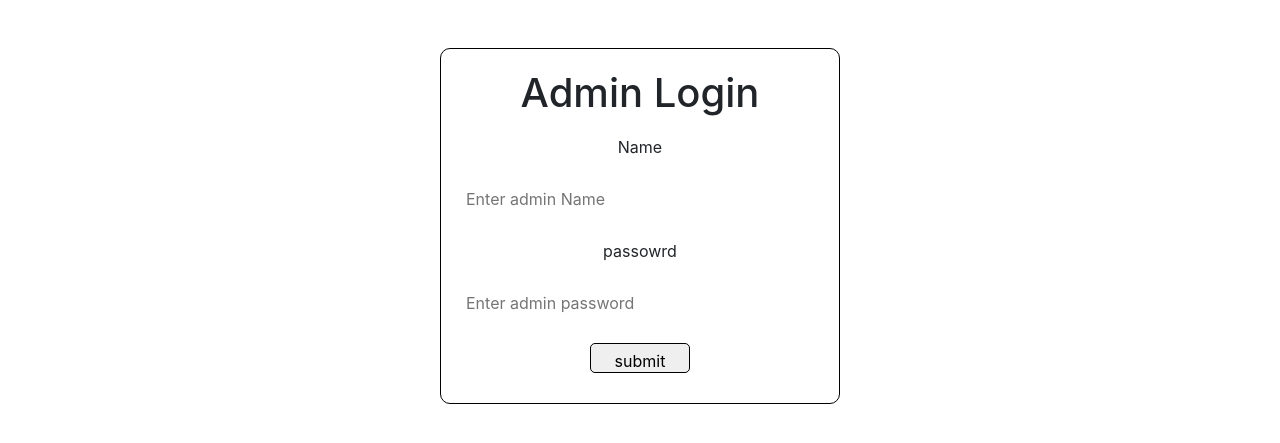
Repository: parthikjadav/parthik-react-practicle-exam
Page: /
An editor plug-in stored every save of this project. The page is shown before and after the next save, followed by the edit.
The browser window is 1280 px wide. The pictures show the whole page.
The project was rebuilt for these pictures with package versions that can differ from the ones it lists, and the page was loaded fresh each time. Requests to the local data server were answered from the project's data file. Also part of the build but not shown: src/App.css, src/componet/page/Reservationform.jsx, src/componet/page/Reservationlist.jsx, src/componet/header/navdata.js, src/componet/header/Navbar.jsx.

Above is the page before, as saved 2024-05-16 10:43:23.

### public/index.html
<!DOCTYPE html>
<html lang="en">
  <head>
    <meta charset="utf-8" />
    <link rel="icon" href="%PUBLIC_URL%/favicon.ico" />
    <meta name="viewport" content="width=device-width, initial-scale=1" />
    <meta name="theme-color" content="#000000" />
    <meta
      name="description"
      content="Web site created using create-react-app"
    />
    <link rel="apple-touch-icon" href="%PUBLIC_URL%/logo192.png" />
    <link href="https://cdn.jsdelivr.net/npm/bootstrap@5.0.2/dist/css/bootstrap.min.css" rel="stylesheet" integrity="sha384-EVSTQN3/azprG1Anm3QDgpJLIm9Nao0Yz1ztcQTwFspd3yD65VohhpuuCOmLASjC" crossorigin="anonymous">
    <!--
      manifest.json provides metadata used when your web app is installed on a
      user's mobile device or desktop. See https://developers.google.com/web/fundamentals/web-app-manifest/
    -->
    <link rel="manifest" href="%PUBLIC_URL%/manifest.json" />
    <script src="https://cdn.jsdelivr.net/npm/bootstrap@5.0.2/dist/js/bootstrap.bundle.min.js" integrity="sha384-MrcW6ZMFYlzcLA8Nl+NtUVF0sA7MsXsP1UyJoMp4YLEuNSfAP+JcXn/tWtIaxVXM" crossorigin="anonymous"></script>
    <!--
      Notice the use of %PUBLIC_URL% in the tags above.
      It will be replaced with the URL of the `public` folder during the build.
      Only files inside the `public` folder can be referenced from the HTML.

      Unlike "/favicon.ico" or "favicon.ico", "%PUBLIC_URL%/favicon.ico" will
      work correctly both with client-side routing and a non-root public URL.
      Learn how to configure a non-root public URL by running `npm run build`.
    -->
    <title>React App</title>
  </head>
  <body>
    <noscript>You need to enable JavaScript to run this app.</noscript>
    <div id="root"></div>
    <!--
      This HTML file is a template.
      If you open it directly in the browser, you will see an empty page.

      You can add webfonts, meta tags, or analytics to this file.
      The build step will place the bundled scripts into the <body> tag.

      To begin the development, run `npm start` or `yarn start`.
      To create a production bundle, use `npm run build` or `yarn build`.
    -->
  </body>
</html>

### src/index.js
import React from 'react';
import ReactDOM from 'react-dom/client';
import './index.css';
import App from './App';
import { BrowserRouter } from 'react-router-dom';
import { Provider } from 'react-redux';
import store from './componet/redux-saga/store';


const root = ReactDOM.createRoot(document.getElementById('root'));
root.render(
  <BrowserRouter>
    <React.StrictMode>
      <Provider store={store}>
      <App />
      </Provider>
    </React.StrictMode>
  </BrowserRouter>

);

### src/App.js
import { Route, Routes } from 'react-router-dom';
import './App.css';
import Adminlogin from './componet/page/Adminlogin';
import Reservationfrom from './componet/page/Reservationform';
import Reservationlist from './componet/page/Reservationlist';
import Navbar from './componet/header/Navbar';
import { useEffect } from 'react';
import { useDispatch } from 'react-redux';
import { GET_ROOM_PENDING } from './componet/redux-saga/room/action';
import { base_url, get_url } from './url';

const getRole = () => {
  const role = localStorage.getItem("role");
  return role;
};


function App() {

  const role = getRole();
  let dispatch = useDispatch();

  useEffect(() => {
    let url = base_url + get_url;
    dispatch({ type: GET_ROOM_PENDING, payload: url })
  })


  if (!role || role === "") {
    return (
      <Routes>
        <Route path="/" element={<Adminlogin />} />
      </Routes>
    );
  }

  if (role === "admin") {
    return (
      <>
        <Navbar />
        <Routes>
          <Route path="/reservation" element={<Reservationfrom />} />
          <Route path="/ReservationList" element={<Reservationlist />} />
        </Routes>
      </>
    );
  }



}

export default App;

### src/componet/redux-saga/store.js
import { applyMiddleware, createStore } from "redux";
import createSagaMiddleware from "redux-saga";
import { composeWithDevTools } from "@redux-devtools/extension";
import rootReducers from "./rootreducer";
import rootSaga from "./saga";



let sagaMiddleware = createSagaMiddleware();
const store = createStore(
    rootReducers,
    composeWithDevTools(applyMiddleware(sagaMiddleware))
);

sagaMiddleware.run(rootSaga)

export default store

### src/componet/page/Adminlogin.jsx
import React, { useRef } from 'react'
import "./AdminLogin.css"

const Adminlogin = () => {
    let name = useRef();
    let passowrd = useRef();

    const logindata = async () => {
        let data = {
            name: name.current.value,
            password: passowrd.current.value
        }
        console.log(data);
        if ("jignesh" == data.name && "3315" == data.password) {
            localStorage.setItem("role", "admin");
            window.location.href = "/reservation"
            console.log("login successfull");
            alert("login successfull")
        } else {
            alert("Error")
        }
    }
    return (
        <>
            <div class="mx-auto m-5 form" style={{ width: "400px" }}>
                <h1>Admin Login </h1>
                <label>Name  </label>
                <input type="text" placeholder='Enter admin Name' ref={name} />
                <label>passowrd </label>
                <input type="password" placeholder='Enter admin password' ref={passowrd} />
                <button onClick={logindata}>submit</button>
            </div>
        </>

    )
}

export default Adminlogin

### src/componet/redux-saga/room/action.js
//get action
export const GET_ROOM_PENDING = "GET_ROOM_PENDING";
export const GET_ROOM_SUCCESS = "GET_ROOM_SUCCESS";
export const GET_ROOM_ERROR = "GET_ROOM_ERROR";

//post action
export const POST_ROOM_PENDING = "POST_ROOM_PENDING";
export const POST_ROOM_SUCCESS = "POST_ROOM_SUCCESS";
export const POST_ROOM_ERROR = "POST_ROOM_ERROR";

//DELETE action
export const DELETE_ROOM_PENDING = "DELETE_ROOM_PENDING";
export const DELETE_ROOM_SUCCESS = "DELETE_ROOM_SUCCESS";
export const DELETE_ROOM_ERROR = "DELETE_ROOM_ERROR";

//UPDATA action
export const UPDATA_ROOM_PENDING = "UPDATA_ROOM_PENDING";
export const UPDATA_ROOM_SUCCESS = "UPDATA_ROOM_SUCCESS";
export const UPDATA_ROOM_ERROR = "UPDATA_ROOM_ERROR";

### src/url.js
export const base_url = "http://localhost:5000";

export const post_url = "/room";

export const get_url = "/room"

export const delete_url = "/room/"

export const updata_url = "/room/"

### src/componet/redux-saga/rootreducer.js
import { combineReducers } from "redux";
import roomReducer from "./room/reducer";


let rootReducers = combineReducers({
    roomReducer,
});

export default  rootReducers;

### src/componet/redux-saga/saga/index.js
import { all, call, put, takeLatest } from "redux-saga/effects";
import { DELETE_ROOM_ERROR, DELETE_ROOM_PENDING, DELETE_ROOM_SUCCESS, GET_ROOM_ERROR, GET_ROOM_PENDING, GET_ROOM_SUCCESS, POST_ROOM_ERROR, POST_ROOM_PENDING, POST_ROOM_SUCCESS, UPDATA_ROOM_ERROR, UPDATA_ROOM_PENDING, UPDATA_ROOM_SUCCESS } from "../room/action";
import { delete_room, get_room, post_room, updata_room } from "../room/api";

function* handle_post_room(action) {
    // console.log(action, "action from handle post room");
    try {
        let { data, status } = yield call(post_room, action);
        // console.log(data, status, "data and status from handle post room");
        if (status == 201 || status == 200) {
            yield put({ type: POST_ROOM_SUCCESS, data });
        } else {
            yield put({ type: POST_ROOM_ERROR, data });
        }
    }
    catch (error) {
        yield put({ type: POST_ROOM_ERROR, data: error })
    }
}

function* handle_get_room(action) {
    // console.log(action, "action from handle get room");
    try {
        let { data, status } = yield call(get_room, action);
        // console.log(data, status, "data and status from handle get room");
        if (status == 200) {
            yield put({ type: GET_ROOM_SUCCESS, data });
        }
        else {
            yield put({ type: GET_ROOM_ERROR, data });
        }
    }
    catch (error) {
        yield put({ type: GET_ROOM_ERROR, data: error });
    }
}

function* handle_delete_room(action) {
    // console.log(action, "action from handle delete room");
    try {
        let { data, status } = yield call(delete_room, action);
        // console.log(data, status, "data and status from handle delete room");
        if (status == 200) {
            yield put({ type: DELETE_ROOM_SUCCESS, data });
        } else {
            yield put({ type: DELETE_ROOM_ERROR, data });
        }
    }
    catch (error) {
        yield put({ type: DELETE_ROOM_ERROR, daat: error })
    }
}

function* handle_updata_room(action) {
    console.log(action, "action from handle updata room");
    try {
        let { data, status } = yield call(updata_room, action);
        console.log(data, status, "data and status from handle updata room");
        if (status == 200) {
            yield put({ type: UPDATA_ROOM_SUCCESS, data });
        }
        else {
            yield put({ type: UPDATA_ROOM_ERROR, data });
        }
    }
    catch (error) {
        yield put({ type: UPDATA_ROOM_ERROR, data: error })
    }
}

function* handle_post_room_saga() {
    yield takeLatest(POST_ROOM_PENDING, handle_post_room)
}

function* handle_get_room_saga() {
    yield takeLatest(GET_ROOM_PENDING, handle_get_room)
}

function* handle_delete_room_saga() {
    yield takeLatest(DELETE_ROOM_PENDING, handle_delete_room)
}

function* handle_updata_room_saga() {
    yield takeLatest(UPDATA_ROOM_PENDING, handle_updata_room)
}

function* rootSaga() {
    yield all([handle_post_room_saga(), handle_get_room_saga(), handle_delete_room_saga() , handle_updata_room_saga()])
}

export default rootSaga

### src/componet/page/AdminLogin.css
.form{
  width: 200px;
  padding: 20px;
  /* margin: 0px auto; */
  display: flex;
  flex-direction: column;
  justify-content: center;
  align-items: center;
  border: 1px solid black;
  border-radius: 10px
}
.form input{
  width: 100%;
  height: 40px;
  margin: 10px 0px;
  background-color: white;
  border: 0px solid black;
  border-radius: 5px;
  padding: 5px;
}
.form label{
  margin: 10px 0px;
}
.form button{
  width: 100px;
  height: 30px;
  margin: 10px 0px;
  border: 1px solid black;
  border-radius: 5px;
  padding: 5px;
}

### src/componet/redux-saga/room/reducer.js
import { DELETE_ROOM_ERROR, DELETE_ROOM_PENDING, DELETE_ROOM_SUCCESS, GET_ROOM_ERROR, GET_ROOM_PENDING, GET_ROOM_SUCCESS, POST_ROOM_PENDING, POST_ROOM_SUCCESS, UPDATA_ROOM_ERROR, UPDATA_ROOM_PENDING, UPDATA_ROOM_SUCCESS } from "./action";


let initialState = {
    room: [],
    isLoading: false,
    isError: null,
};

let roomReducer = (state = initialState, action) => {
    console.log(action, "action from reducer");
    switch (action.type) {
        //post user
        case POST_ROOM_PENDING: {
            return {
                isLoading: true,
                ...state,
            }
        }
        case POST_ROOM_SUCCESS: {
            return {
                isLoading: false,
                room: state.room.concat(action.data),
            }
        }
        case POST_ROOM_SUCCESS: {
            return {
                isError: action.data,
                ...state,
            }
        }
        //get user
        case GET_ROOM_PENDING: {
            return {
                isLoading: true,
                ...state,
            }
        }
        case GET_ROOM_SUCCESS: {
            return {
                isLoading: false,
                room: action.data,
            }
        }
        case GET_ROOM_ERROR: {
            return {
                ...state,
                isError: action.data,
            }
        }
        //delete user
        case DELETE_ROOM_PENDING: {
            return {
                isLoading: true,
                ...state,
            }
        }
        case DELETE_ROOM_SUCCESS: {
            return {
                isLoading: false,
                room: state.room.filter((item) => item.id != action.data.id)
            }
        }
        case DELETE_ROOM_ERROR: {
            return {
                isLoading: false,
                isError: action.data,
            }
        }
        //update user
        case UPDATA_ROOM_PENDING: {
            return {
                isLoading: true,
                ...state,
            }
        }
        case UPDATA_ROOM_SUCCESS: {
            return {
                isLoading: false,
                room: state.room.map((value, index) => {
                    if (value.id == action.data.id) {
                        return {
                            ...value,
                            ...action.data,
                        }
                    } else {
                        return value;
                    }
                })
            }
        }
        case UPDATA_ROOM_ERROR: {
            return {
                isError: action.data,
                ...state,
            }
        }
        default: {
            return {
                ...state,
            }
        }
    }
}

export default roomReducer

### src/componet/redux-saga/room/api.js
import axios from "axios";
import { base_url, delete_url, get_url, post_url, updata_url } from "../../../url";


let post_room = (action) => {
    // console.log(action ,"this action from post room");
    return axios.post(base_url + post_url, action.payload).then((res) => {
        // console.log(res,"res is post room");
        let data = res.data;
        let status = res.status;
        return { data, status }
    })
}

let get_room = (action) => {
    // console.log(action, "this action from get rom");
    return axios.get(base_url + get_url).then((res) => {
        // console.log(res, "res is get rom");
        let data = res.data;
        let status = res.status;
        return { data, status }
    })
}

let delete_room = (action) => {
    // console.log(action, "this action from delete room");
    return axios.delete(base_url + delete_url + action.payload).then((res) => {
        // console.log(res, "res is delete room");
        let data = res.data;
        let status = res.status;
        return { data, status };
    })
}

let updata_room = (action) => {
    console.log(action, "this action from updata room");
    return axios.put(base_url + updata_url + action.payload.id, action.payload).then((res) => {
        console.log(res, "res is updata room");
        let data = res.data;
        let status = res.status;
        return { data, status }
    })
}

export { post_room, get_room, delete_room, updata_room }

### db.json
{
  "room": [
    {
      "id": "8675",
      "name": "jignesh",
      "mobile": "1235467892",
      "address": "kamrej surat",
      "arrival": "2024-05-10",
      "checkout": "2024-05-14",
      "roomlist": "platinum",
      "roomtype": "double bedroom",
      "lunchtime": "breakfast and lunch"
    },
    {
      "id": "50ac",
      "name": "test",
      "mobile": "9876543214",
      "address": "surat",
      "arrival": "2024-05-02",
      "checkout": "2024-05-12",
      "roomlist": "prime",
      "roomtype": "double bedroom",
      "lunchtime": "breakfast and lunch"
    },
    {
      "id": "c1a8",
      "name": "abcd",
      "mobile": "7539684216",
      "address": "surat",
      "arrival": "2024-05-05",
      "checkout": "2024-05-07",
      "roomlist": "platinum",
      "roomtype": "single bedroom",
      "lunchtime": "breakfast"
    }
  ]
}

Loaded but not shown: src/index.css (common file)

After the next save:
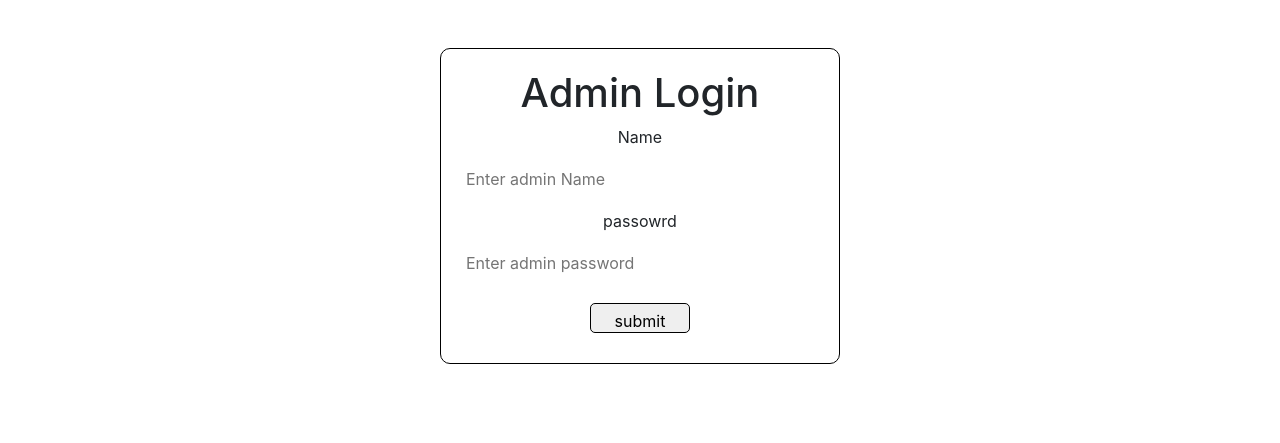
Saved 4 s later.
--- a/src/componet/page/AdminLogin.css
+++ b/src/componet/page/AdminLogin.css
@@ -19,7 +19,7 @@
   padding: 5px;
 }
 .form label{
-  margin: 10px 0px;
+  margin: 0px 0px;
 }
 .form button{
   width: 100px;
